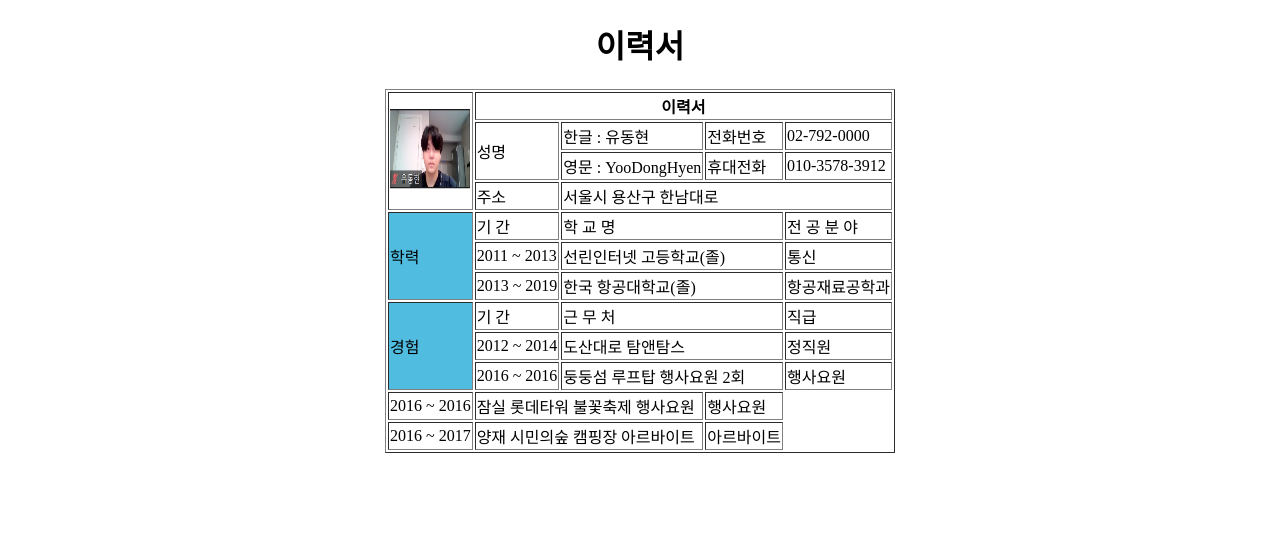
Repository: DongHyenYoo/DongHyen
Page: JdbcStudy/HTMLTEST/WebContent/resume.html
The author's editor kept a copy of each file at every save. The page is drawn from the files as they stood at one save, then again after the next save.
The browser window is 1280 px wide. The pictures show the whole page.

Above is the page before, as saved 2022-09-23 08:40:39.

### JdbcStudy/HTMLTEST/WebContent/resume.html
<!DOCTYPE html>
<html>
<head>
<meta charset="UTF-8">
<title>이력서</title>
</head>
<body>
<h1 align = "center">이력서</h1>
<table border="1" align = "center">
<tr>
<td rowspan="4"><img src="Test.jpg" width = "80" height="80" alt="테스트"></td> <td colspan="4" align="center"><strong>이력서<strong></strong></td>
</tr>

<tr>
 <td rowspan="2">성명</td> <td>한글 : 유동현</td> <td>전화번호</td> <td> 02-792-0000</td>
</tr>

<tr>
 <td>영문 : YooDongHyen</td> <td>휴대전화</td> <td>010-3578-3912</td>
</tr>

<tr>
 <td>주소</td> <td colspan="3">서울시 용산구 한남대로</td>
</tr>

<tr>
 <td rowspan = "3" bgcolor="#50BCDF">학력</td> <td>기&nbsp;간</td> <td colspan="2">학&nbsp;교&nbsp;명</td> <td>전&nbsp;공&nbsp;분&nbsp;야</td>
</tr>

<tr>
 <td>2011 ~ 2013</td>  <td colspan="2">선린인터넷 고등학교(졸)</td> <td>통신</td>
</tr>

<tr>
 <td>2013 ~ 2019</td> <td colspan="2">한국 항공대학교(졸)</td> <td>항공재료공학과</td>
</tr>


<tr>
 <td rowspan = "3" bgcolor="#50BCDF">경험</td> <td>기&nbsp;간</td> <td colspan="2">근&nbsp;무&nbsp;처</td> <td>직급</td>
</tr>

<tr>
 <td>2012 ~ 2014</td>  <td colspan="2">도산대로 탐앤탐스</td> <td>정직원</td>
</tr>

<tr>
 <td>2016 ~ 2016</td> <td colspan="2">둥둥섬 루프탑 행사요원 2회</td> <td>행사요원</td>
</tr>

<tr>
 <td>2016 ~ 2016</td> <td colspan="2">잠실 롯데타워 불꽃축제 행사요원</td> <td>행사요원</td>
</tr>

<tr>
 <td>2016 ~ 2017</td> <td colspan="2">양재 시민의숲 캠핑장 아르바이트</td> <td>아르바이트</td>
</tr>


</table>
</body>
</html>

After the next save:
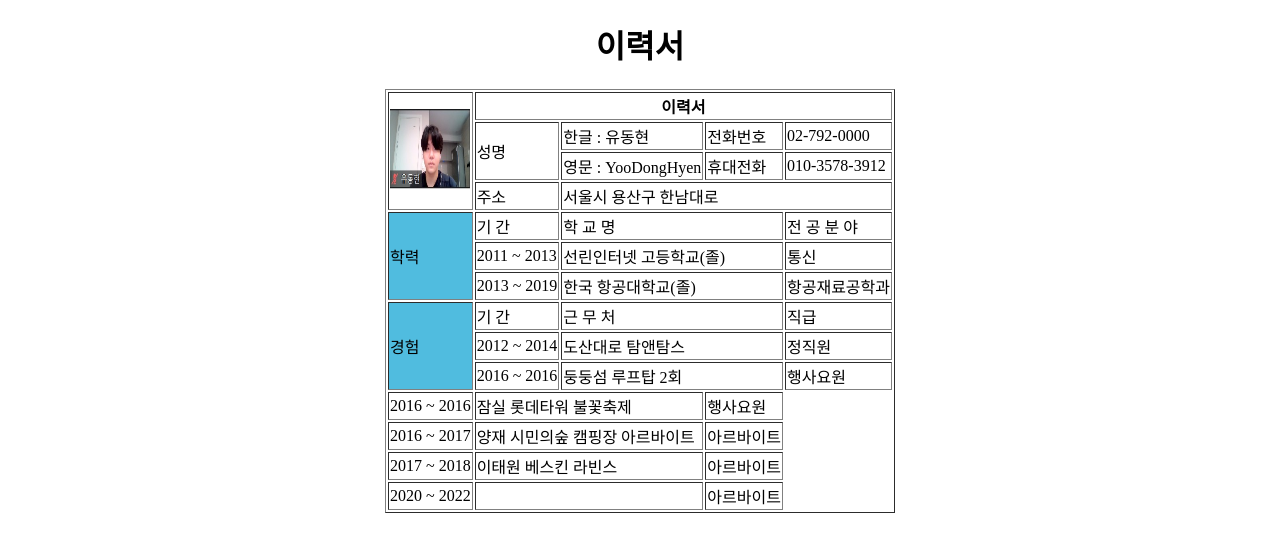
Saved 2 min 27 s later.
--- a/JdbcStudy/HTMLTEST/WebContent/resume.html
+++ b/JdbcStudy/HTMLTEST/WebContent/resume.html
@@ -45,17 +45,27 @@
 </tr>
 
 <tr>
- <td>2016 ~ 2016</td> <td colspan="2">둥둥섬 루프탑 행사요원 2회</td> <td>행사요원</td>
+ <td>2016 ~ 2016</td> <td colspan="2">둥둥섬 루프탑 2회</td> <td>행사요원</td>
 </tr>
 
 <tr>
- <td>2016 ~ 2016</td> <td colspan="2">잠실 롯데타워 불꽃축제 행사요원</td> <td>행사요원</td>
+ <td>2016 ~ 2016</td> <td colspan="2">잠실 롯데타워 불꽃축제</td> <td>행사요원</td>
 </tr>
 
 <tr>
  <td>2016 ~ 2017</td> <td colspan="2">양재 시민의숲 캠핑장 아르바이트</td> <td>아르바이트</td>
 </tr>
 
+<tr>
+ <td>2017 ~ 2018</td> <td colspan="2">이태원 베스킨 라빈스</td> <td>아르바이트</td>
+</tr>
+
+<tr>
+ <td>2020 ~ 2022</td> <td colspan="2"></td> <td>아르바이트</td>
+</tr>
+
+
+
 
 </table>
 </body>
